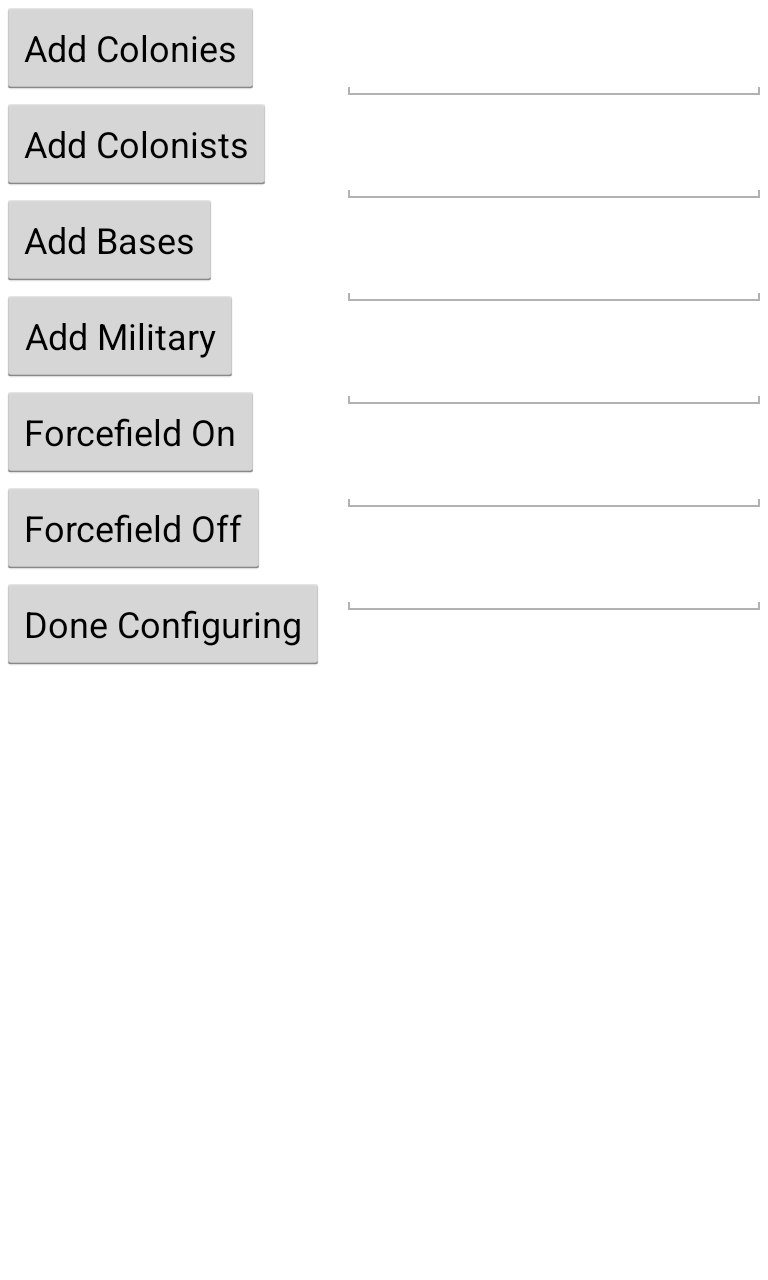
Repository: TimGirouard/tim-hobby-bucket
Layout: Android_Work/workspace/Hello_World/res/layout/activity_config.xml
An editor plug-in stored every save of this project. The layout is shown before and after the next save, followed by the edit.
It is drawn on a 768 x 1280 px phone screen (xhdpi) without system bars, with theme AppTheme; the app's code is not run.

Above is the layout before, as saved 2014-01-17 14:15:59.

After the next save:
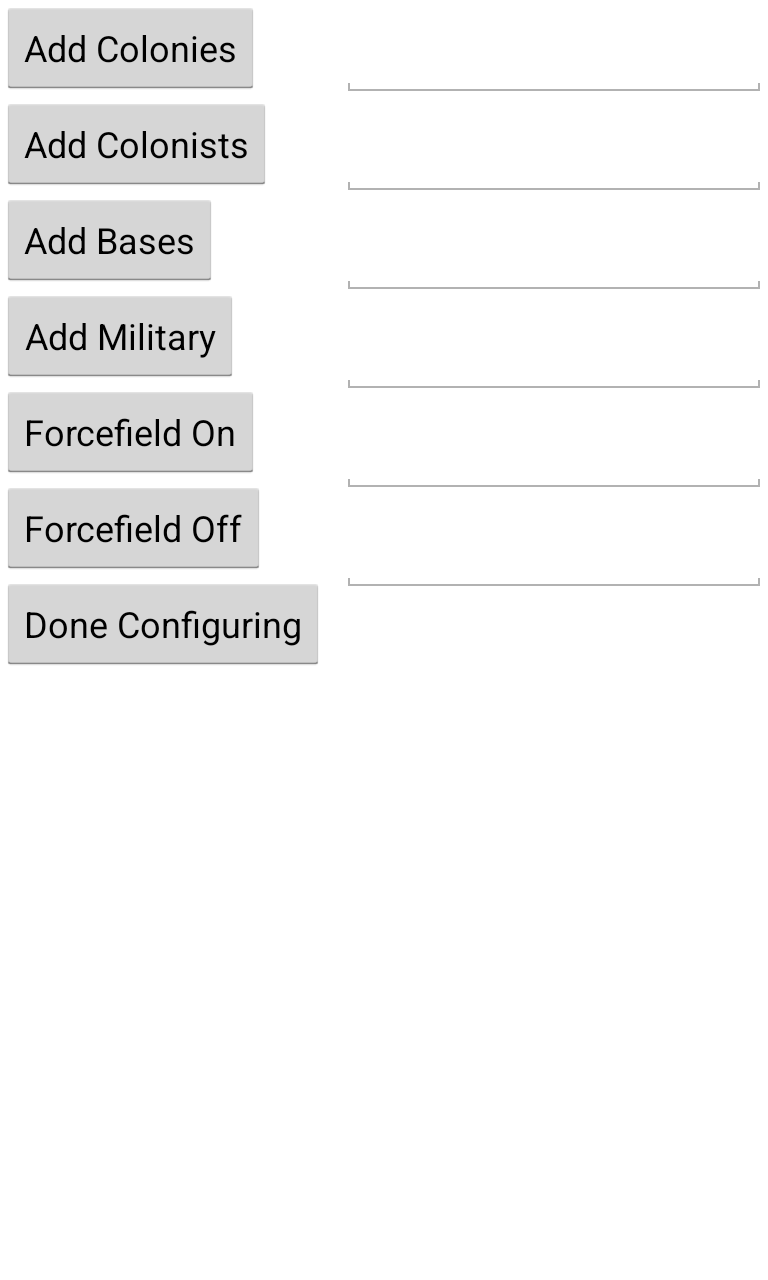
Saved 4 min 13 s later.
--- a/Android_Work/workspace/Hello_World/res/layout/activity_config.xml
+++ b/Android_Work/workspace/Hello_World/res/layout/activity_config.xml
@@ -51,21 +51,21 @@
     	android:orientation="vertical" >
 	<EditText android:id="@+id/editTextColonies" android:inputType="number"
 	          android:ems="12" android:layout_width="match_parent"
-	          android:layout_height="wrap_content" android:layout_marginTop="12dp" />
+	          android:layout_height="wrap_content" android:layout_marginTop="10dp" />
 	<EditText android:id="@+id/editTextColonists" android:inputType="number"
 	          android:ems="12" android:layout_width="match_parent"
-	          android:layout_height="wrap_content" android:layout_marginTop="12dp" />
+	          android:layout_height="wrap_content" android:layout_marginTop="10dp" />
 	<EditText android:id="@+id/editTextBases" android:inputType="number"
 	          android:ems="12" android:layout_width="match_parent"
-	          android:layout_height="wrap_content" android:layout_marginTop="12dp" />
+	          android:layout_height="wrap_content" android:layout_marginTop="10dp" />
 	<EditText android:id="@+id/editTextMilitary" android:inputType="number"
 	          android:ems="12" android:layout_width="match_parent"
-	          android:layout_height="wrap_content" android:layout_marginTop="12dp" />
+	          android:layout_height="wrap_content" android:layout_marginTop="10dp" />
 	<EditText android:id="@+id/editForcefieldOn" android:inputType="text"
 	          android:ems="12" android:layout_width="match_parent"
-	          android:layout_height="wrap_content" android:layout_marginTop="12dp" />
+	          android:layout_height="wrap_content" android:layout_marginTop="10dp" />
 	<EditText android:id="@+id/editForcefieldOff" android:inputType="text"
 	          android:ems="12" android:layout_width="match_parent"
-	          android:layout_height="wrap_content" android:layout_marginTop="12dp" />
+	          android:layout_height="wrap_content" android:layout_marginTop="10dp" />
     </LinearLayout>
 </LinearLayout>
